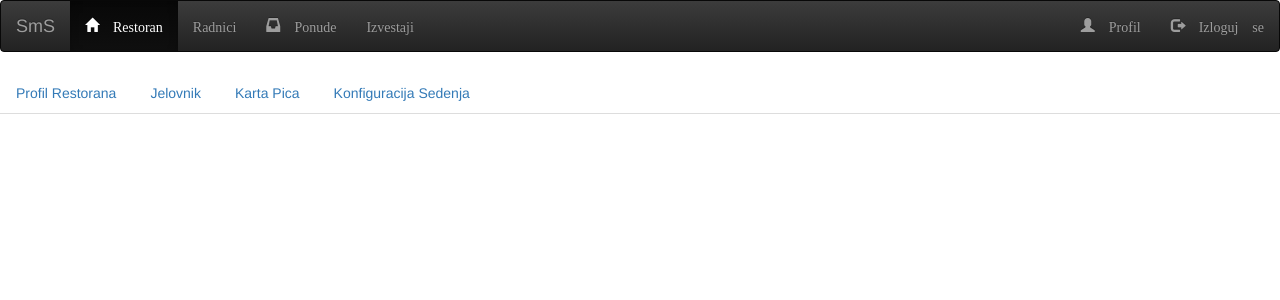
Repository: milanadam94/ISA-2016
Page: jpa-example/src/main/webapp/RestaurantManager/RestaurantManager.html
These files come from the project's save history. The page is drawn as it stood at one moment and after the next save; the edit follows.
The browser window is 1280 px wide. The pictures show the whole page.
The page's requests for data from a server got no answer. Some web libraries are served in a nearby version.

Above is the page before, as saved 2017-03-01 08:22:55.

### jpa-example/src/main/webapp/RestaurantManager/RestaurantManager.html
<!DOCTYPE html>
<html>
<head>
<meta charset="ISO-8859-1">
<title>Menadzer Restorana</title>

<!-- JQUERY -->
<script src="https://code.jquery.com/jquery-3.1.1.js" integrity="sha256-16cdPddA6VdVInumRGo6IbivbERE8p7CQR3HzTBuELA=" crossorigin="anonymous"></script>

<!-- BOOTSTRAP CSS -->
<link rel="stylesheet" href="https://maxcdn.bootstrapcdn.com/bootstrap/3.3.7/css/bootstrap.min.css" integrity="sha384-BVYiiSIFeK1dGmJRAkycuHAHRg32OmUcww7on3RYdg4Va+PmSTsz/K68vbdEjh4u" crossorigin="anonymous">

<!-- BOOTSTRAP THEME -->
<link rel="stylesheet" href="https://maxcdn.bootstrapcdn.com/bootstrap/3.3.7/css/bootstrap-theme.min.css" integrity="sha384-rHyoN1iRsVXV4nD0JutlnGaslCJuC7uwjduW9SVrLvRYooPp2bWYgmgJQIXwl/Sp" crossorigin="anonymous">

<!-- BOOTSTRAP JS -->
<script src="https://maxcdn.bootstrapcdn.com/bootstrap/3.3.7/js/bootstrap.min.js" integrity="sha384-Tc5IQib027qvyjSMfHjOMaLkfuWVxZxUPnCJA7l2mCWNIpG9mGCD8wGNIcPD7Txa" crossorigin="anonymous"></script>

<!-- ANGULAR JS -->
<script src="https://ajax.googleapis.com/ajax/libs/angularjs/1.6.1/angular.js"></script>

<script src="/JQuery-cookie-plugin/jquery.cookie.js"></script>

<!-- TOASTR -->
<!-- <script src="https://cdnjs.cloudflare.com/ajax/libs/toastr.js/latest/css/toastr.css"></script> -->
<style>
.canvas {
	border : 2px solid;
	width: 500px;
	height: 250px;
}
</style>
</head>
<body ng-app="restManager" ng-controller="restManagerController">

	<nav id="myNavbar" class="navbar navbar-inverse">
		<div class="container-fluid">
			<div class="navbar-header">
				<a class="navbar-brand">SmS</a>
			</div>
		<ul class="nav navbar-nav">
			<li class="active"><a href="RestaurantManager.html" ng-click="getRestaurant()"><span class="glyphicon glyphicon-home"> Restoran </span></a></li>
			<li><a href="RestaurantManagerWorkers.html"><span class="glyphicon glyphicon-group"> Radnici</span></a></li>
			<li><a href="RestaurantManagerOfferers.html"><span class="glyphicon glyphicon-inbox"> Ponude </span></a></li>
			<li><a href="RestourantManagerReport.html"><span class="glyphicon glyphicon-notes-2"> Izvestaji </span></a></li>
		</ul>
		<ul class="nav navbar-nav navbar-right">
			<li><a href="#"><span class="glyphicon glyphicon-user"> Profil</span> </a>
			<li><a href="#"><span class="glyphicon glyphicon-log-out"> Izloguj se </span> </a>
		</ul>

		</div>
	</nav>


	<div>
		<div class="form-group">
			<ul class="nav nav-tabs">
				<li><a ng-click="getRestaurant()">Profil Restorana</a>
				<li><a ng-click="getFoods()">Jelovnik</a>
				<li><a ng-click="getDrinks()">Karta Pica</a>
				<li><a ng-click="konfig()">Konfiguracija Sedenja</a>
			</ul>
		</div>
		<div id="profilDiv" ng-show="profilShow">
		<form class="form-horizontal">

			<div class="form-group">
			<label class="control-label col-sm-2" >Naziv Restorana: </label><div class="col-sm-5"><input type = "text" class="form-control" id="restaurantName" ng-model="restaurant.name" value="restaurant.name" placeholder="Izmenite ime restorana"></div> <br/>
			</div>

			<div class="form-group">
			<label class="control-label col-sm-2">Vrsta: </label><div class="col-sm-5"><input type = "text" class="form-control" id="restaurantDescription" ng-model="restaurant.description" value="restaurant.description" placeholder="Izmenite opis restorana"></div> <br/>
			</div>

			<div class="form-group">
			<label class="control-label col-sm-2">Kategorija: </label>
					 <div class="col-sm-5">
						<select class="form-control" id="kategorija" ng-model="restaurant.category" title="restaurant.category">
						<option>domaca kuhinja</option>
						<option>italijanski</option>
						<option>kineski</option>
						<option>francuski</option>
						<option>vegan</option>
						</select>
					</div>
			</div> <br/>

			<div class="form-group">
			<div class="col-sm-offset-2 col-sm-10"><button type="submit" class="btn btn-success" ng-click="saveRestaurantInfo()">Sacuvaj Izmene</button></div>
			</div>

			<div class="form-group">
			<label class="control-label col-sm-2" id="errorLabel" ng-show="error" >{{errorMessage}}</label>
			</div>

		</form>
		</div>




		<div id="jelovnikDiv" ng-show="jelovnikShow" >
			<table class="table">
				<tr bgcolor="lightgrey">
					<th>Ime</th>
					<th>Opis</th>
					<th>Cena</th>
					<th>Obrisi</th>
					<th>Promeni</th>
				</tr>
				<tr ng-repeat="i in menu.foods | orderBy:'name'">
					<td><input type="text" class="form-control" ng-model="i.name"  placeholder="Promenite ime jela" > </td>
				 	<td><input type = "text" class="form-control" ng-model="i.description" placeholder="Promenite opis jela" value="{{ i.description }}"> </td>
					<td> <input type = "number" class="form-control" ng-model="i.price" placeholder="Promenite cenu jela" value="{{ i.price }} "></td>
					<td> <button type="submit" id="{{ i.id }}"  class="btn btn-danger" ng-click="deleteFood( i.id )" >Obrisi</button></td>
					<td> <button type="submit" id="{{ i.id }}"  class="btn btn-warning" ng-click="changeFood( i.id )" >Promeni</button></td>

				</tr>
			</table>
			<br/><br/>
			<form class="form-horizontal">

			<div class="form-group">
			<label class="control-label col-sm-2">Ime: </label><div class="col-sm-5"><input type = "text" class="form-control" id="imeNovogJela" ng-model="newFood.name" placeholder="Unesite ime jela"></div> <br/>
			</div>

			<div class="form-group">
			<label class="control-label col-sm-2">Opis: </label><div class="col-sm-5"><input type = "text" class="form-control" id="opisNovogJela" ng-model="newFood.description"  placeholder="Unesite opis jela"></div> <br/>
			</div>


			<div class="form-group">
			<label  class="control-label col-sm-2">Cena: </label><div class="col-sm-5"><input type = "number" min=0 class="form-control" id="cenaNovogJela" ng-model="newFood.price"  placeholder="Unesite cenu jela"></div> <br/>
			</div>

			<div class="form-group">
			<div class="col-sm-offset-2 col-sm-10"><button type="submit" class="btn btn-success" ng-click="addFood()" >Dodaj Jelo</button></div>
			</div>

			</form>
		</div>
		<div id="picaDiv" ng-show="picaShow">
			<table class="table">
				<tr bgcolor="lightgrey">
					<th>Ime</th>
					<th>Opis</th>
					<th>Cena</th>
					<th>Obrisi</th>
					<th>Promeni</th>
				</tr>
				<tr ng-repeat="i in menu.drinks | orderBy:'name'">
					<td><input type="text" class="form-control" ng-model="i.name"  placeholder="Promenite ime pica" > </td>
				 	<td><input type = "text" class="form-control" ng-model="i.description" placeholder="Promenite opis pica" value="{{ i.description }}"> </td>
					<td> <input type = "number" class="form-control" ng-model="i.price" placeholder="Promenite cenu pica" value="{{ i.price }} "></td>
					<td> <button type="submit" id="{{ i.id }}"  class="btn btn-danger" ng-click="deleteDrink( i.id )" >Obrisi</button></td>
					<td> <button type="submit" id="{{ i.id }}"  class="btn btn-warning" ng-click="changeDrink( i.id )" >Promeni</button></td>

				</tr>
			</table>
			<br/><br/>
			<form class="form-horizontal">

			<div class="form-group">
			<label class="control-label col-sm-2">Ime: </label> <div class="col-sm-5"><input type = "text" class="form-control" id="imeNovogPica" ng-model="newDrink.name" placeholder="Unesite ime pica"></div> <br/>
			</div>

			<div class="form-group">
			<label class="control-label col-sm-2">Opis:</label> <div class="col-sm-5"><input type = "text" class="form-control" id="opisNovogPica" ng-model="newDrink.description"  placeholder="Unesite opis pica"></div> <br/>
			</div>

			<div class="form-group">
			<label  class="control-label col-sm-2">Cena: </label><div class="col-sm-5"><input type = "number" class="form-control" min=0 class="form-control" id="cenaNovogPica" ng-model="newDtrink.price"  placeholder="Unesite cenu pica"></div> <br/>
			</div>

			<div class="form-group">
			<div class="col-sm-offset-2 col-sm-10"><button type="submit" class="btn btn-success" ng-click="addDrink()" >Dodaj Pice</button></div>
			</div>

			</form>
		</div>


		<!--  DODAVANJE SEGMENTA -->

		<div id="konfiguracijaDiv" ng-show="konfiguracijaShow">

			<form class="form-horizontal">
			<div class="form-group">
			<label class="control-label col-sm-2" >Naziv Segmenta: </label> <div class="col-sm-5">  <input type="text" class="form-control" ng-model="newSegment.name" palceholder="Unesite naziv segmenta"> </input></div><br/>
			</div>
			<div class="form-group">
			<label class="control-label col-sm-2">Dozvoljeno Pusenje: </label><div class="col-sm-2"><input type="checkbox" class="form-control" ng-model="newSegment.smoking"></input> </div><br/><br/>
			</div>
			<div class="form-group">
			<div class="col-sm-offset-2 col-sm-10"><button type="submit" class="btn btn-success" ng-click="addKonfig()">Dodaj Segment</button></div>
			</div>

			</form>


			<br/><br/>

			<!-- CANVASSS ============ -->


		<canvas id="canvas" class="canvas" ng-click="draw($event)">
			Vas browser ne podrzava graficki prikaz!
		</canvas>

		<br/><br/>
		<div ng-show="newTableShow">

			<form class="form-horizontal">

			<div class="form-group">
			<label class="control-label col-sm-2">Oznaka: </label> <div class="col-sm-5"><input type = "text" class="form-control" ng-model="newTable.tag" placeholder="Unesite oznaku stola"></div> <br/>
			</div>

			<div class="form-group">
			<label class="control-label col-sm-2">Opis:</label> <div class="col-sm-5"><input type = "text" class="form-control" ng-model="newTable.description"  placeholder="Unesite opis stola"></div> <br/>
			</div>

			<div class="form-group">
			<label  class="control-label col-sm-2">Broj Mesta: </label><div class="col-sm-5"><input type = "number" class="form-control" min=0 max="20" class="form-control" id="cenaNovogPica" ng-model="newTabel.seatCount"  placeholder="Unesite broj mesta"></div> <br/>
			</div>

			<label  class="control-label col-sm-2" >Region:</label>
					<div class="col-sm-5">
					<select class="form-group" ng-model="myNewSegment">
						<option ng-repeat="i in segments" value="{{i.id}}">{{i.name}}</option>
					</select>
					</div>

			<div class="form-group">
			<div class="col-sm-offset-2 col-sm-10"><button type="submit" class="btn btn-success" ng-click="addTable()" >Dodaj Sto</button></div>
			</div>

			</form>



			</div>


		</div>

		<div ng-show="deleteTableButtonShow" class="form-group">
			<div class="col-sm-offset-2 col-sm-10"><button type="submit" class="btn btn-danger" ng-click="deleteTable()" >Ukloni Sto</button></div>
		</div>

	</div>
</body>


<!-- ANGULAR SCRIPT -->
<script src="RestaurantManager.js"></script>


</html>

### jpa-example/src/main/webapp/RestaurantManager/RestaurantManager.js
angular.element(document).ready(function () {
    console.log('page loading completed');
});
var restManager = angular.module('restManager', []).config(['$qProvider', '$httpProvider', function ($qProvider, $httpProvider)  {
    $qProvider.errorOnUnhandledRejections(false);

}]).run(['$rootScope', '$http', '$window', function ($rootScope, $http, $window) {

	//namestiti dole u funckcijama gde treba user.email kada se ovo namesti!
	if (typeof $.cookie('user') !== 'undefined') {
		user = JSON.parse($.cookie('user'));

		if(user.userType == "GUEST") {
			$window.location.href = "/GuestPage/GuestPage.html";
		}
		// DALJE
	}



}]);



restManager.controller('restManagerController', [ '$scope', 'konfService', 'drinkService', 'restaurantInfoService', 'foodService','canvasService', function($scope, konfService, drinkService, restaurantInfoService, foodService, canvasService ){

	$scope.newFood = {
			name: "",
			description: "",
			price: 0
	}

	$scope.newDrink = {
			name: "",
			description: "",
			price: 0
	}


	findUser = function(){
		restaurantInfoService.findRestaurantManager().then(
				function(response){
					$scope.user = response.data;

				}

		);
	}

	findUser();

	setShows = function(profilShow, picaShow, jelovnikShow, konfiguracijaShow){
		$scope.profilShow = profilShow;
		$scope.picaShow = picaShow;
		$scope.jelovnikShow = jelovnikShow;
		$scope.konfiguracijaShow = konfiguracijaShow;
	}
	setShows(false,false,false,false);

	$scope.error = false;
	$scope.errorMessage = "";

	restaurantInfoService.getRestaurant($scope.user).then(
			function(response){
				$scope.restaurant = response.data;

				if(response.data.name == null){
					alert("Restoran nije pronadjen!");
				}
			}
	);


	$scope.getRestaurant = function() {
			if($scope.restaurant.name != null){
				setShows(true, false, false, false);
			}else{
				alert("Restoran nije pronadjen!");
			}

	}


	$scope.getFoods = function(){

		restaurantInfoService.getMenu($scope.user, $scope.restaurant).then(
				function(response){

					if(response.data != null){
						setShows(false, false, true, false);
						$scope.menu = response.data;
					}else{
						alert("Meni nije pronadjen!");
					}

				}
		);

	}

	$scope.changeFood = function(foodID){
		selectedFood = "";

		angular.forEach($scope.menu.foods, function(value){
			if(value.id == foodID){
				selectedFood = value;
			}

		})

		if(selectedFood.name == "" || selectedFood.price < 0 || $scope.restaurant == null){
			alert("Ime ne sme biti prazno. Cena ne sme biti manja od 0");
			return;
		}

		foodService.saveChanges(selectedFood, $scope.menu);

	}


	$scope.addFood = function(){

		if($scope.newFood.name == "" || $scope.newFood.price < 0 || $scope.restaurant == null){
			alert("Ime ne sme biti prazno i cena ne sme biti manja od 0!");
			return;
		}

		foodService.addFood($scope.newFood, $scope.menu);
		restaurantInfoService.getMenu($scope.user, $scope.restaurant).then(
				function(response){

					if(response.data != null){
						$scope.menu = response.data;
						location.reload();
					}else{
						alert("Meni nije pronadjen!");
					}

				}
			);


	}


	$scope.deleteFood = function(foodID){

		foodService.deleteFood(foodID, $scope.menu);
		restaurantInfoService.getMenu($scope.user, $scope.restaurant).then(
			function(response){

				if(response.data != null){
					$scope.menu = response.data;
					location.reload();
				}else{
					alert("Meni nije pronadjen!");
				}

			}
		);


	}



	$scope.getDrinks = function(){
		restaurantInfoService.getMenu($scope.user, $scope.restaurant).then(
				function(response){

					if(response.data != null){
						setShows(false, true, false, false);
						$scope.menu = response.data;
					}else{
						alert("Meni nije pronadjen!");
					}

				}
		);

	}


	$scope.addDrink = function(){

		if($scope.newDrink.name == "" || $scope.newDrink.price < 0 || $scope.restaurant == null){
			alert("Ime ne sme biti prazno i cena ne sme biti manja od 0!");
			return;
		}

		drinkService.addDrink($scope.newDrink, $scope.menu);
		restaurantInfoService.getMenu($scope.user, $scope.restaurant).then(
				function(response){

					if(response.data != null){
						$scope.menu = response.data;
						location.reload();
					}else{
						alert("Meni nije pronadjen!");
					}

				}
			);
	}

	$scope.changeDrink = function(drinkID){
		selectedDrink = "";

		angular.forEach($scope.menu.drinks, function(value){
			if(value.id == drinkID){
				selectedDrink = value;
			}

		})

		if(selectedDrink.name == "" || selectedDrink.price < 0 || $scope.restaurant == null){
			alert("Ime ne sme biti prazno. Cena ne sme biti manja od 0");
			return;
		}

		drinkService.saveChanges(selectedDrink, $scope.menu);

	}

	$scope.deleteDrink = function(drinkID){
		drinkService.deleteDrink(drinkID, $scope.menu);
		restaurantInfoService.getMenu($scope.user, $scope.restaurant).then(
			function(response){

				if(response.data != null){
					$scope.menu = response.data;
					location.reload();
				}else{
					alert("Meni nije pronadjen!");
				}

			}
		);
	}


	// ===============================================================

	$scope.newSegment = {
			name: "",
			smoking: false
	}

	$scope.newTable = {
			seatCount: 0,
			tag: "",
			description: "",
			xCoord: 0,
			yCoord: 0
	}


	$scope.getKonf = function(){


	}


	$scope.addKonfig = function(){

		if($scope.newSegment.name == "" || $scope.restaurant == null){
			alert("Neispravan unos ili restoran nije pronadjen")
			return;
		}

		konfService.addSegment($scope.newSegment, $scope.restaurant.id).then(
				function(response){
					alert(response.data);

					location.reload();
				}
		);


	}

	restaurantInfoService.loadAllSegments().then(
			function(response){
				$scope.segments = response.data;
			}

	);


	$scope.konfig = function(){
		setShows(false,false,false,true);

		$scope.loadTables();

	}


	$scope.saveRestaurantInfo = function() {

		if($scope.profilShow){
			if($scope.restaurant.name == "" || $scope.restaurant.description == ""){
				$scope.error = true;
				$scope.errorMessage = "Ne moze biti prazno!";
				return;
			}else{
				$scope.error = false;
				$scope.errorMessage = "";
			}
			restaurantInfoService.saveChanges($scope.restaurant, $scope.user);


		}else if ($scope.jelovnikShow) {


		}else if ($scope.piceShow){

		}else if ($scope.konfiguracijaShow){

		}else {
			alert("Error! Nothing selected.");
		}

	}

	// KANVAS ====================================================
	$scope.myNewSegment = "";


	$scope.draw = function(event) {
    	var canvas = document.getElementById('canvas');
    	var context = canvas.getContext('2d');

    	var rect = canvas.getBoundingClientRect();
        var x = event.clientX - rect.left;
        var y = event.clientY - rect.top; var rect = canvas.getBoundingClientRect(),
        scaleX = canvas.width / rect.width,    // relationship bitmap vs. element for X
        scaleY = canvas.height / rect.height;  // relationship bitmap vs. element for Y

	    x = (event.clientX - rect.left) * scaleX,   // scale mouse coordinates after they have
	    y = (event.clientY - rect.top) * scaleY     // been adjusted to be relative to element
	    //  context.clearRect(0, 0, canvas.width, canvas.height);

	    xIndex = x/30.0 + 1;
	    yIndex = y/30.0 + 1;
	    xIndex = Math.floor(xIndex);
	    yIndex = Math.floor(yIndex);

		startX = x/30.0 + 1;
	    startY = y/30.0 + 1;
	    startX = Math.floor(startX)*30 -30;
	    startY = Math.floor(startY)*30 -30;

	    $scope.newTable.xCoord = xIndex;
	    $scope.newTable.yCoord = yIndex;


	    $scope.newTableShow = true;
	    $scope.deleteTableButtonShow = false;

	    $scope.restaurantTables.forEach(function(table) {
			if(table.xCoord == xIndex && table.yCoord == yIndex){
				$scope.newTableShow = false;
				$scope.deleteTableButtonShow = true;
			}
		});


  }

	$scope.restaurantTables = [];

	$scope.loadTables = function() {

		$scope.newTableShow = false;
		var canvas = document.getElementById('canvas');
    	var context = canvas.getContext('2d');
    	context.clearRect(0, 0, canvas.width, canvas.height);

    	for(var j = 0; j < 5; j++)
    	{
	    	for(var i=0; i < 10; i++)
	    	{
	    		context.rect(i*30 ,j*30 ,30,30);
	            context.stroke();
	    	}
    	}


    	canvasService.getAllTables().then(
    			function(response){
    				$scope.restaurantTables = response.data;
    				$scope.restaurantTables.forEach(function(table) {
    					x = parseFloat(table.xCoord)*30 - 30;
    					y = parseFloat(table.yCoord)*30 - 30;
    					context.globalAlpha = 1.0;
    					context.fillStyle="#000000";
    					context.font="20px Arial";
    					context.fillText(table.tag, x + 8, y + 22);
    				});
    			}
    	);




	}



	$scope.addTable = function(){

		if($scope.newTable.seatCount < 0 || $scope.newTable.seatCount > 20 ||
				$scope.newTable.tag == "" || $scope.myNewSegment == ""){
			alert("Los unos!");
			return;
		}

		if($scope.newTable.tag.length > 2){
			alert("Oznaka moze imati maksimalno 2 karaktera!");
			return;
		}


		canvasService.addTable($scope.newTable, $scope.myNewSegment).then(
				function(response){
					alert(response.data);
					location.reload();
				}
		);

	}


	$scope.deleteTable = function(){
		flag = false;

		$scope.restaurantTables.forEach(function(table) {
			if(table.xCoord == $scope.newTable.xCoord && table.yCoord == $scope.newTable.yCoord){
				flag = true;
			}
		});

		if(!flag){
			alert("Niste selektovali sto");
			return;
		}

		canvasService.deleteTable($scope.newTable);


	}



}]);








restManager.service('restaurantInfoService',['$window', '$http', function($window, $http){

	this.loadAllSegments = function(){
		return $http({
			  method: 'GET',
		      url : "../restManager/loadAllSegments/1" //========================================== dodati user Email
		});

	}


	this.getRestaurant = function(user){
		return $http.get("../restManager/myRestaurant/1"); // ================================= OVDE NAMESTITI EMAIL USERA
	}

	this.findRestaurantManager = function(){
		return $http({
			  method: 'GET',
		      url : "../restManager/getUser/1" //========================================== dodati user Email
		});
	}

	this.saveChanges = function(restaurant, user){

		$http({
			  method: 'POST',
			  data : $.param(restaurant),
		      url : "../restManager/saveRestaurantInfo/1" // =================================== OVDE NAMESTITI EMAIL USERA
		}).then(function success(response) {
					alert("Success!");
			  }, function error(response) {
				  	alert("Error!");
			  }
			);
	};

	this.getMenu = function (user, restaurant){
		return $http({
			method: 'POST',
			data : restaurant,
			url: "../restManager/getMenu/1"  // ==================== user.mail
		});
	}


}]);

restManager.service('foodService',['$window', '$http', function($window, $http){

	this.saveChanges = function (food, menu){
		$http({
			method: 'POST',
			data: food,
			url: "../restManager/changeFood/" + menu.id
		}).then(function success() {
			alert("Uspesno promenjeno!");
		  }, function error() {
			  	alert("Error!");
		  }

		);
	}

	this.addFood = function (newFood, menu){
		$http({
			method: 'POST',
			data: newFood,
			url: "../restManager/addFood/"+menu.id
		});

	}

	this.deleteFood = function (foodID, menu){
		$http({
			method: 'DELETE',
			url: "../restManager/deleteFood/"+foodID+"/"+menu.id
		});
	}

}]);

restManager.service('drinkService', ['$window', '$http', function($window, $http){

	this.saveChanges = function (drink, menu){
		$http({
			method: 'POST',
			data: drink,
			url: "../restManager/changeDrink/" + menu.id
		}).then(function success() {
			alert("Uspesno promenjeno!");
		  }, function error() {
			  	alert("Error!");
		  }

		);
	}

	this.deleteDrink = function(drinkID, menu){
		$http({
			method: 'DELETE',
			url: "../restManager/deleteDrink/"+drinkID+"/"+menu.id
		});
	}

	this.addDrink = function (newDrink, menu){
		$http({
			method: 'POST',
			data: newDrink,
			url: "../restManager/addDrink/"+menu.id
		});
	}

}]);

restManager.service('konfService', ['$window', '$http', function($window, $http){

	this.addSegment = function(newSegment, restoranID){
		return $http({
			method: 'POST',
			data: newSegment,
			url: "../restManager/addSegment/"+restoranID
		});

	}

	this.getKonf;
	this.saveChanges;
	this.addKonf;

}]);


restManager.service('canvasService', ['$window', '$http', function($window, $http){

	this.addTable = function(newTable, segmentID){
		return $http({
			method: 'POST',
			data: newTable,
			url: "../restManager/addTable/"+segmentID+"/1" //==================================== staviti email restoran menagera
		});
	}

	this.getAllTables = function(){
		return $http({
			method: 'GET',
			url: "../restManager/getAllTables/1" //==================================== staviti email restoran menagera
		});
	}


	this.deleteTable = function (newTable){
		$http({
			method: 'POST',
			data: newTable,
			url: "../restManager/deleteTable"
		}).then(
				function success(){
					location.reload();
				},
				function error(){
					alert("Error!");
				}
		);
	}


}]);

Loaded but not shown: jpa-example/src/main/webapp/JQuery-cookie-plugin/jquery.cookie.js (library)

After the next save:
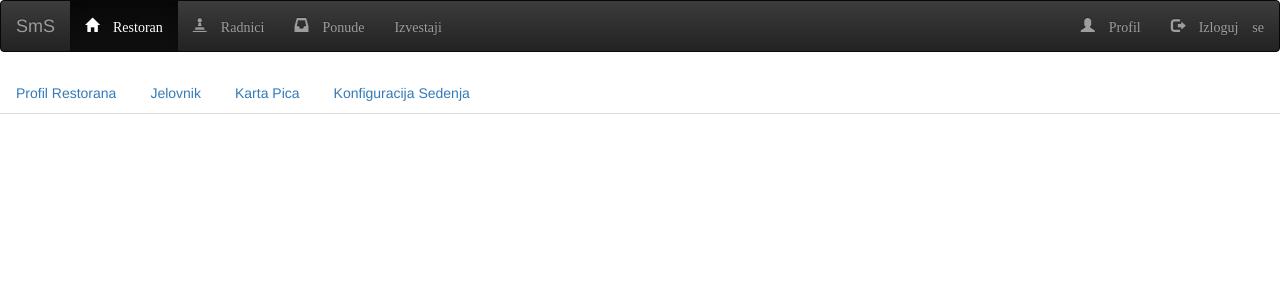
Saved 86 s later.
--- a/jpa-example/src/main/webapp/RestaurantManager/RestaurantManager.html
+++ b/jpa-example/src/main/webapp/RestaurantManager/RestaurantManager.html
@@ -40,7 +40,7 @@
 			</div>
 		<ul class="nav navbar-nav">
 			<li class="active"><a href="RestaurantManager.html" ng-click="getRestaurant()"><span class="glyphicon glyphicon-home"> Restoran </span></a></li>
-			<li><a href="RestaurantManagerWorkers.html"><span class="glyphicon glyphicon-group"> Radnici</span></a></li>
+			<li><a href="RestaurantManagerWorkers.html"><span class="glyphicon glyphicon-pawn"> Radnici</span></a></li>
 			<li><a href="RestaurantManagerOfferers.html"><span class="glyphicon glyphicon-inbox"> Ponude </span></a></li>
 			<li><a href="RestourantManagerReport.html"><span class="glyphicon glyphicon-notes-2"> Izvestaji </span></a></li>
 		</ul>
